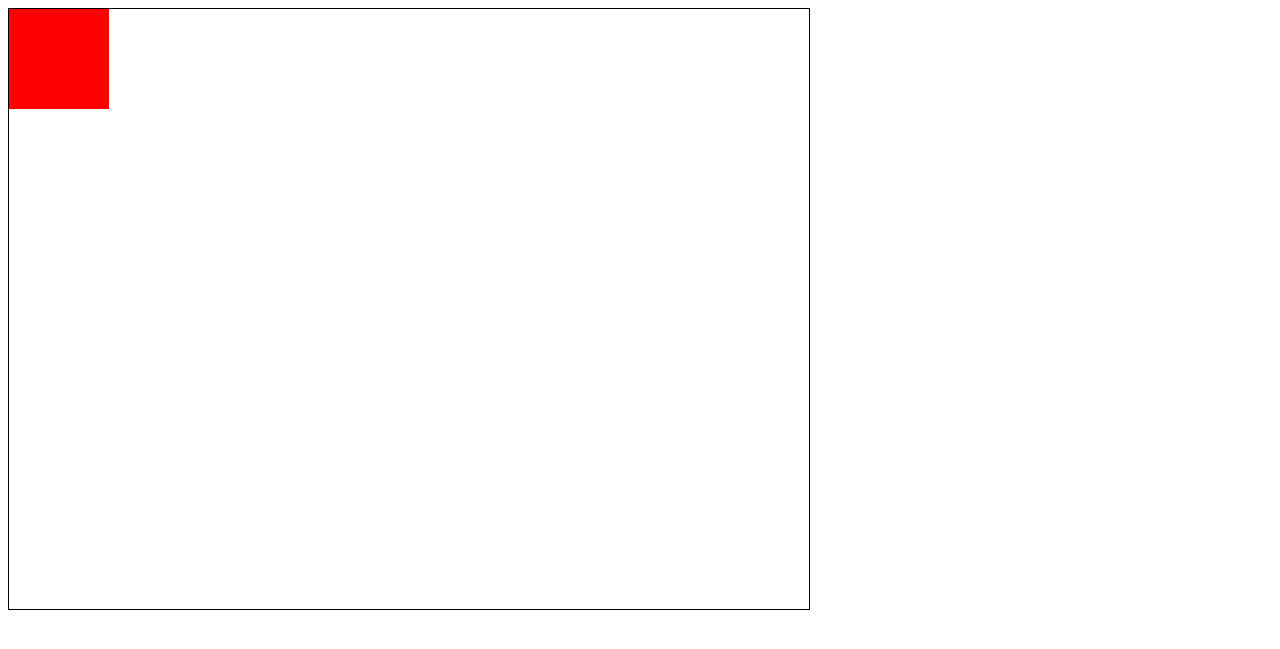
Repository: BlueLionycb/study-demo
Page: canvas-demo/src/index21.html
The author's editor kept a copy of each file at every save. The page is drawn from the files as they stood at one save, then again after a run of saves.
The browser window is 1280 px wide. The pictures show the whole page.

Above is the page before, as saved 2020-01-27 21:21:48.

After the next 2 saves:
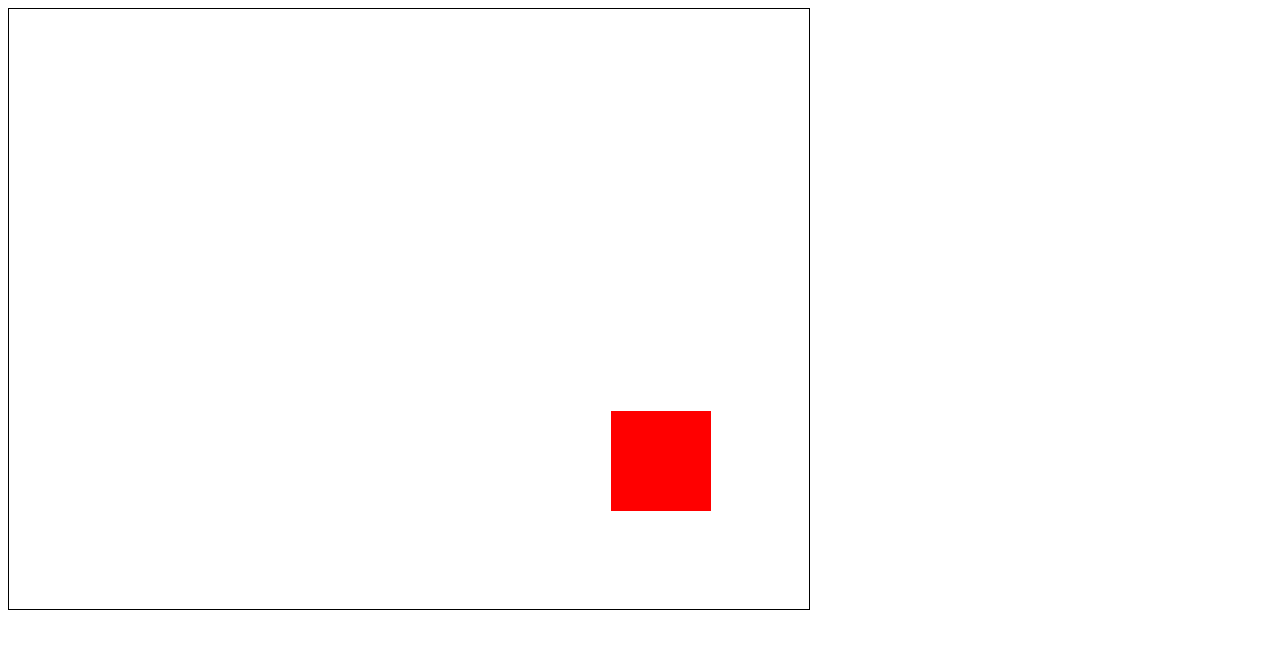
The 2 saves are shown as one change because they came seconds apart.
The last was saved 28 s later.
--- a/canvas-demo/src/index21.html
+++ b/canvas-demo/src/index21.html
@@ -54,6 +54,8 @@
 
                 window.requestAnimationFrame(move);
             }
+
+            move();
            /*  setInterval(function(){
             },10) */
 
